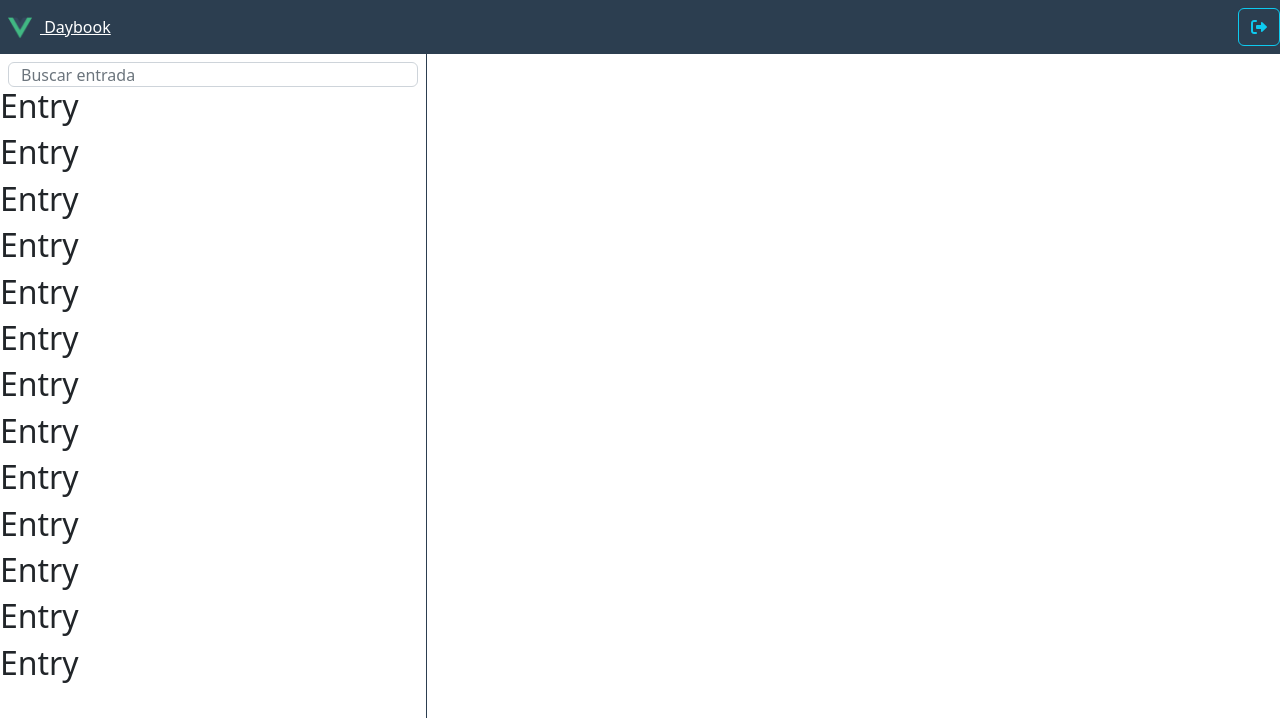
Repository: Osquitranki/jornal
Page: /#/daybook
These files come from the project's save history. The page is drawn as it stood at one moment and after the next save; the edit follows.
The browser window is 1280 px wide. The pictures show the whole page.
The project was rebuilt for these pictures with package versions that can differ from the ones it lists, and the page was loaded fresh each time. Also part of the build but not shown: vue.config.js, src/views/HomeView.vue.

Above is the page before, as saved 2022-12-20 15:55:09.

After the next save:
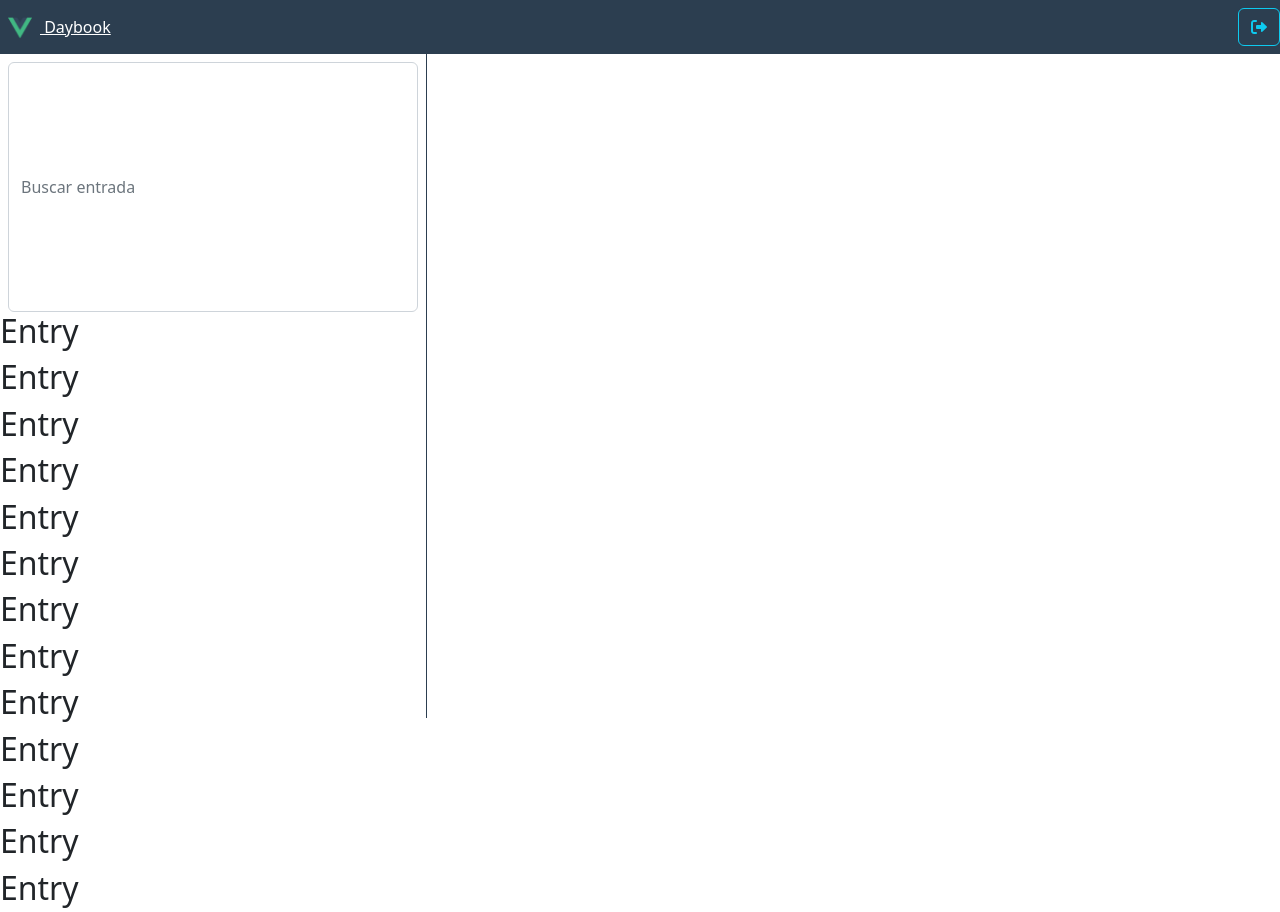
Saved 36 s later.
--- a/src/modules/daybook/components/Entry-list.vue
+++ b/src/modules/daybook/components/Entry-list.vue
@@ -22,7 +22,7 @@
 
 <style lang="scss" scoped>
 input {
-    height: 25px;
+    height: 250px;
 }
 .entry-list-container{
     border-right: 1px solid #2c3e50 ;

After the save that followed:
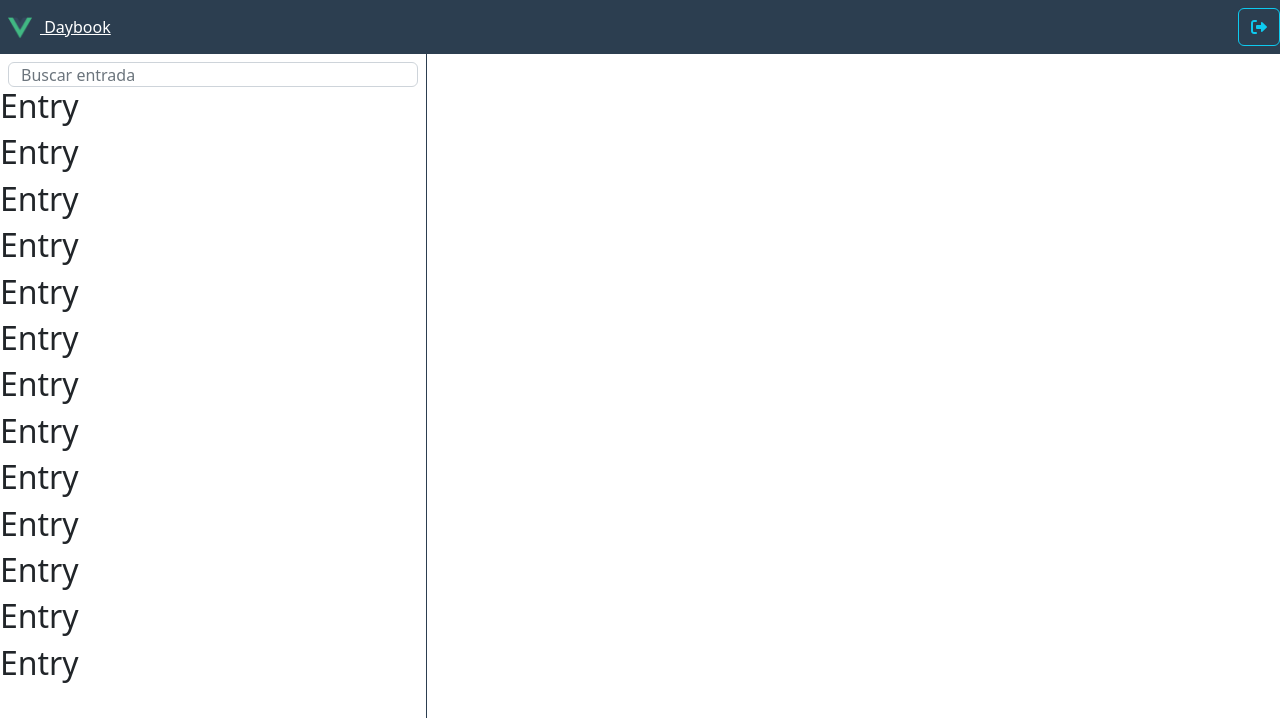
Saved 17 s later.
--- a/src/modules/daybook/components/Entry-list.vue
+++ b/src/modules/daybook/components/Entry-list.vue
@@ -22,7 +22,7 @@
 
 <style lang="scss" scoped>
 input {
-    height: 250px;
+    height: 25px;
 }
 .entry-list-container{
     border-right: 1px solid #2c3e50 ;
